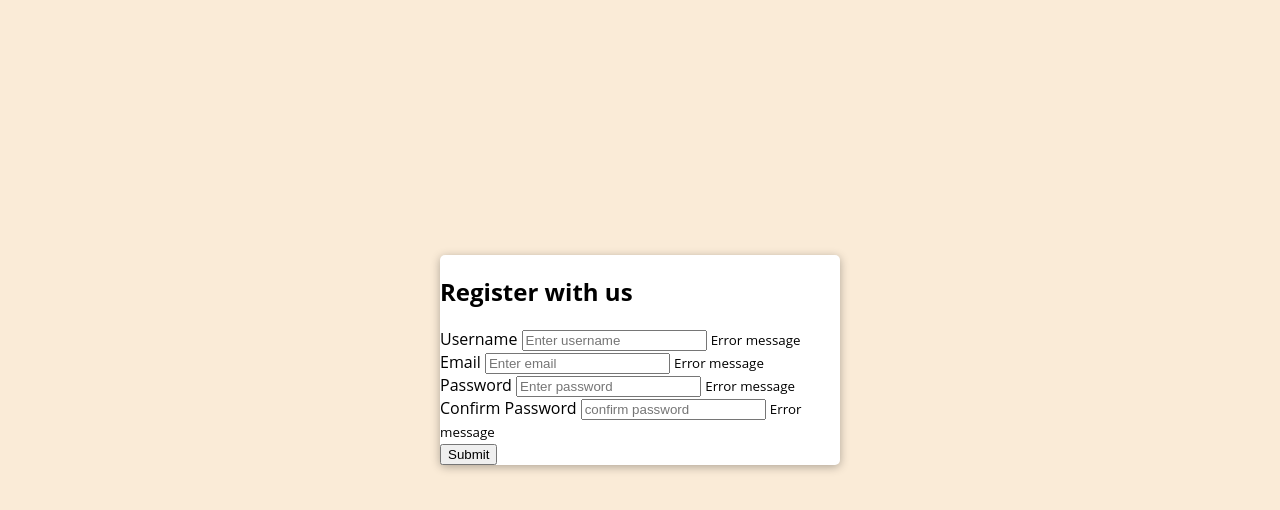
Repository: Azariagmt/Vanilla-javascript
Page: Form-Validator/index.html
An editor plug-in stored every save of this project. The page is shown before and after the next save, followed by the edit.
The browser window is 1280 px wide. The pictures show the whole page.

Above is the page before, as saved 2020-04-18 21:39:09.

### Form-Validator/index.html
<!DOCTYPE html>
<!--[if lt IE 7]>      <html class="no-js lt-ie9 lt-ie8 lt-ie7"> <![endif]-->
<!--[if IE 7]>         <html class="no-js lt-ie9 lt-ie8"> <![endif]-->
<!--[if IE 8]>         <html class="no-js lt-ie9"> <![endif]-->
<!--[if gt IE 8]><!--> <html class="no-js"> <!--<![endif]-->
    <head>
        <meta charset="utf-8">
        <meta http-equiv="X-UA-Compatible" content="IE=edge">
        <title>Form Validator</title>
        <meta name="description" content="">
        <meta name="viewport" content="width=device-width, initial-scale=1">
        <link rel="stylesheet" href="style.css">
    </head>
    <body>
        <!--[if lt IE 7]>
            <p class="browsehappy">You are using an <strong>outdated</strong> browser. Please <a href="#">upgrade your browser</a> to improve your experience.</p>
        <![endif]-->

        <div class="container">
            <form action="" id="form" class="form">
                <h2> Register with us   </h2>
                <div class="form-control">
                    <label for="username">Username</label>
                    <input type="text" id="username" placeholder="Enter username">
                    <small> Error message</small>
                </div>
                <div class="form-control">
                    <label for="email">Email</label>
                    <input type="text" id="email" placeholder="Enter email">
                    <small> Error message</small>
                </div>
                <div class="form-control">
                    <label for="password">Password</label>
                    <input type="password" id="password" placeholder="Enter password">
                    <small> Error message</small>
                </div>
                <div class="form-control">
                    <label for="confirm">Confirm Password</label>
                    <input type="password" id="confirm" placeholder="confirm password">
                    <small> Error message</small>
                </div>
                <button>Submit</button>
            </form>
        </div>
        <script src="script.js" async defer></script>
    </body>
</html>

### Form-Validator/style.css

*{
    box-sizing: border-box;
}

body{
    background-color: antiquewhite;
    font-family: 'Open Sans', sans-serif;
    display: flex;
    align-items: center;
    justify-content: center;
    min-height: 100vh;
    margin: 0;
}

.container{
    background-color:white;
    border-radius: 5px;
    box-shadow: 0 2px 10px rgba(0, 0, 0, .3);
    width: 400px;
}

Loaded but not shown: Form-Validator/script.js (no copy from this time; the picture is the same without it)

After the next save:
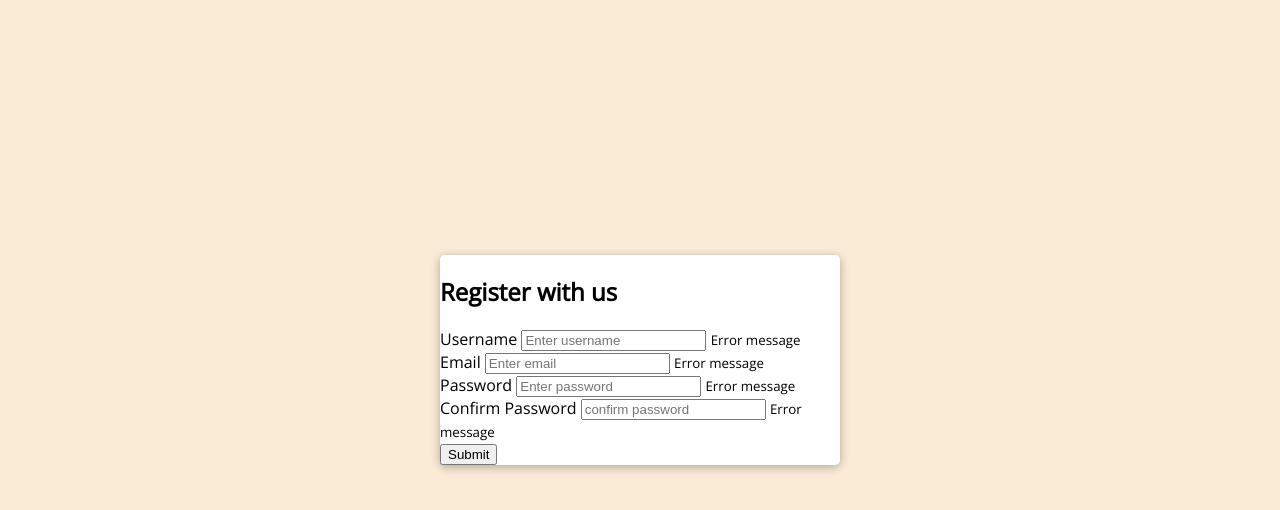
Saved 35 h 47 min later.
--- a/Form-Validator/style.css
+++ b/Form-Validator/style.css
@@ -1,4 +1,4 @@
-
+@import url('https://fonts.googleapis.com/css2?family=Open+Sans:wght@300&display=swap');
 *{
     box-sizing: border-box;
 }
